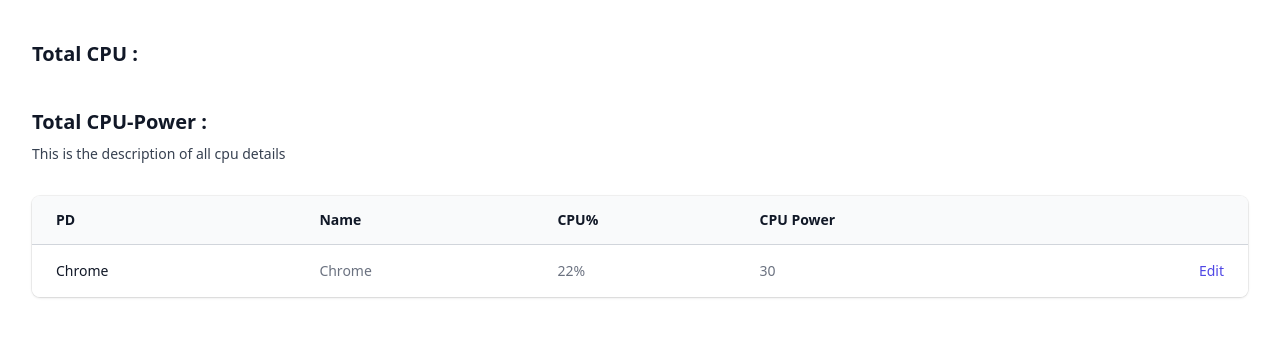
Repository: emorilebo/cpu-reader
Page: /
An editor plug-in stored every save of this project. The page is shown before and after the next save, followed by the edit.
The browser window is 1280 px wide. The pictures show the whole page.
The project was rebuilt for these pictures with package versions that can differ from the ones it lists, and the page was loaded fresh each time. The framework's server and built-in components were replaced by stand-ins that run in the browser. Also part of the build but not shown: next.config.js, styles/Home.module.css.

Above is the page before, as saved 2023-01-13 12:32:51.

### pages/index.js
import Head from 'next/head'
import Image from 'next/image'
import { Inter } from '@next/font/google'
import styles from '../styles/Home.module.css'
import Tables from '../components/Tables'

const inter = Inter({ subsets: ['latin'] })

export default function Home() {
  return (
    <>
      <Head>
        <title>Create Next App</title>
        <meta name="description" content="Generated by create next app" />
        <meta name="viewport" content="width=device-width, initial-scale=1" />
        <link rel="icon" href="/favicon.ico" />
      </Head>
      <main className="">
       <Tables/>
      </main>
    </>
  )
}

### styles/globals.css
@tailwind base;
@tailwind components;
@tailwind utilities;

/* :root {
  --max-width: 1100px;
  --border-radius: 12px;
  --font-mono: ui-monospace, Menlo, Monaco, "Cascadia Mono", "Segoe UI Mono",
    "Roboto Mono", "Oxygen Mono", "Ubuntu Monospace", "Source Code Pro",
    "Fira Mono", "Droid Sans Mono", "Courier New", monospace;

  --foreground-rgb: 0, 0, 0;
  --background-start-rgb: 214, 219, 220;
  --background-end-rgb: 255, 255, 255;

  --primary-glow: conic-gradient(
    from 180deg at 50% 50%,
    #16abff33 0deg,
    #0885ff33 55deg,
    #54d6ff33 120deg,
    #0071ff33 160deg,
    transparent 360deg
  );
  --secondary-glow: radial-gradient(
    rgba(255, 255, 255, 1),
    rgba(255, 255, 255, 0)
  );

  --tile-start-rgb: 239, 245, 249;
  --tile-end-rgb: 228, 232, 233;
  --tile-border: conic-gradient(
    #00000080,
    #00000040,
    #00000030,
    #00000020,
    #00000010,
    #00000010,
    #00000080
  );

  --callout-rgb: 238, 240, 241;
  --callout-border-rgb: 172, 175, 176;
  --card-rgb: 180, 185, 188;
  --card-border-rgb: 131, 134, 135;
}

@media (prefers-color-scheme: dark) {
  :root {
    --foreground-rgb: 255, 255, 255;
    --background-start-rgb: 0, 0, 0;
    --background-end-rgb: 0, 0, 0;

    --primary-glow: radial-gradient(rgba(1, 65, 255, 0.4), rgba(1, 65, 255, 0));
    --secondary-glow: linear-gradient(
      to bottom right,
      rgba(1, 65, 255, 0),
      rgba(1, 65, 255, 0),
      rgba(1, 65, 255, 0.3)
    );

    --tile-start-rgb: 2, 13, 46;
    --tile-end-rgb: 2, 5, 19;
    --tile-border: conic-gradient(
      #ffffff80,
      #ffffff40,
      #ffffff30,
      #ffffff20,
      #ffffff10,
      #ffffff10,
      #ffffff80
    );

    --callout-rgb: 20, 20, 20;
    --callout-border-rgb: 108, 108, 108;
    --card-rgb: 100, 100, 100;
    --card-border-rgb: 200, 200, 200;
  }
}

* {
  box-sizing: border-box;
  padding: 0;
  margin: 0;
}

html,
body {
  max-width: 100vw;
  overflow-x: hidden;
}

body {
  color: rgb(var(--foreground-rgb));
  background: linear-gradient(
      to bottom,
      transparent,
      rgb(var(--background-end-rgb))
    )
    rgb(var(--background-start-rgb));
}

a {
  color: inherit;
  text-decoration: none;
}

@media (prefers-color-scheme: dark) {
  html {
    color-scheme: dark;
  }
} */

### components/Tables.jsx
import React from "react";

const cpus = [
  {
    pd: "127",
    name: "Chrome",
    cpupercent: "22%",
    cpupower: "30",
  },
  // More people...
];

export default function Tables() {
  return (
    <div className="px-4 sm:px-6 lg:px-8">
      <div className="sm:flex sm:items-center">
        <div className="sm:flex-auto">
          <h1 className=" mt-10 text-xl font-semibold text-gray-900">
            Total CPU :{" "}
          </h1>
          <h1 className=" mt-10 text-xl font-semibold text-gray-900">
            Total CPU-Power :{" "}
          </h1>
          <p className="mt-2 text-sm text-gray-700">
            This is the description of all cpu details
          </p>
        </div>
      </div>
      <div className="mt-8 flex flex-col">
        <div className="-my-2 -mx-4 overflow-x-auto sm:-mx-6 lg:-mx-8">
          <div className="inline-block min-w-full py-2 align-middle md:px-6 lg:px-8">
            <div className="overflow-hidden shadow ring-1 ring-black ring-opacity-5 md:rounded-lg">
              <table className="min-w-full divide-y divide-gray-300">
                <thead className="bg-gray-50">
                  <tr>
                    <th
                      scope="col"
                      className="py-3.5 pl-4 pr-3 text-left text-sm font-semibold text-gray-900 sm:pl-6"
                    >
                      PD
                    </th>
                    <th
                      scope="col"
                      className="px-3 py-3.5 text-left text-sm font-semibold text-gray-900"
                    >
                      Name
                    </th>
                    <th
                      scope="col"
                      className="px-3 py-3.5 text-left text-sm font-semibold text-gray-900"
                    >
                      CPU%
                    </th>
                    <th
                      scope="col"
                      className="px-3 py-3.5 text-left text-sm font-semibold text-gray-900"
                    >
                      CPU Power
                    </th>
                    <th
                      scope="col"
                      className="relative py-3.5 pl-3 pr-4 sm:pr-6"
                    >
                      <span className="sr-only">Edit</span>
                    </th>
                  </tr>
                </thead>
                <tbody className="divide-y divide-gray-200 bg-white">
                  {cpus.map((cpu) => (
                    <tr key={cpu.cpupercent}>
                      <td className="whitespace-nowrap py-4 pl-4 pr-3 text-sm font-medium text-gray-900 sm:pl-6">
                        {cpu.name}
                      </td>
                      <td className="whitespace-nowrap px-3 py-4 text-sm text-gray-500">
                        {cpu.name}
                      </td>
                      <td className="whitespace-nowrap px-3 py-4 text-sm text-gray-500">
                        {cpu.cpupercent}
                      </td>
                      <td className="whitespace-nowrap px-3 py-4 text-sm text-gray-500">
                        {cpu.cpupower}
                      </td>
                      <td className="relative whitespace-nowrap py-4 pl-3 pr-4 text-right text-sm font-medium sm:pr-6">
                        <a
                          href="#"
                          className="text-indigo-600 hover:text-indigo-900"
                        >
                          Edit<span className="sr-only">, {cpu.name}</span>
                        </a>
                      </td>
                    </tr>
                  ))}
                </tbody>
              </table>
            </div>
          </div>
        </div>
      </div>
    </div>
  );
}

Loaded but not shown: pages/_app.js (common file); pages/_document.js (common file); tailwind.config.js (common file)

After the next save:
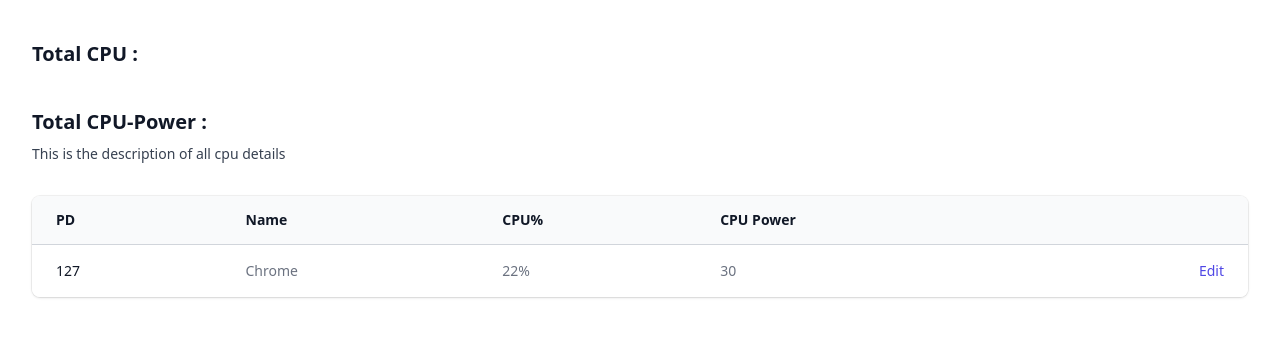
Saved 38 s later.
--- a/components/Tables.jsx
+++ b/components/Tables.jsx
@@ -69,7 +69,7 @@ export default function Tables() {
                   {cpus.map((cpu) => (
                     <tr key={cpu.cpupercent}>
                       <td className="whitespace-nowrap py-4 pl-4 pr-3 text-sm font-medium text-gray-900 sm:pl-6">
-                        {cpu.name}
+                        {cpu.pd}
                       </td>
                       <td className="whitespace-nowrap px-3 py-4 text-sm text-gray-500">
                         {cpu.name}
